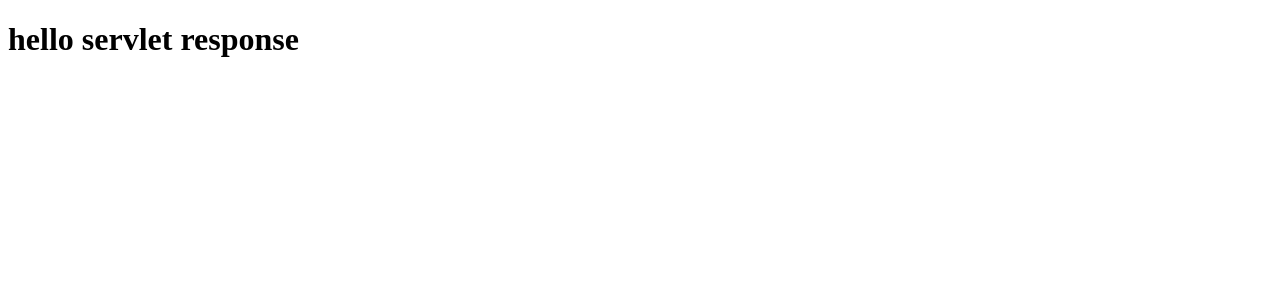
Repository: jisoo9603/servlet
Page: http://localhost/chap05-response-lecture-source/response
An editor plug-in stored every save of this project. The page is shown before and after the next save, followed by the edit.
The browser window is 1280 px wide. The pictures show the whole page.
The page is served by Tomcat 9.

Above is the page before, as saved 2023-03-21 01:52:44.

After the next save:
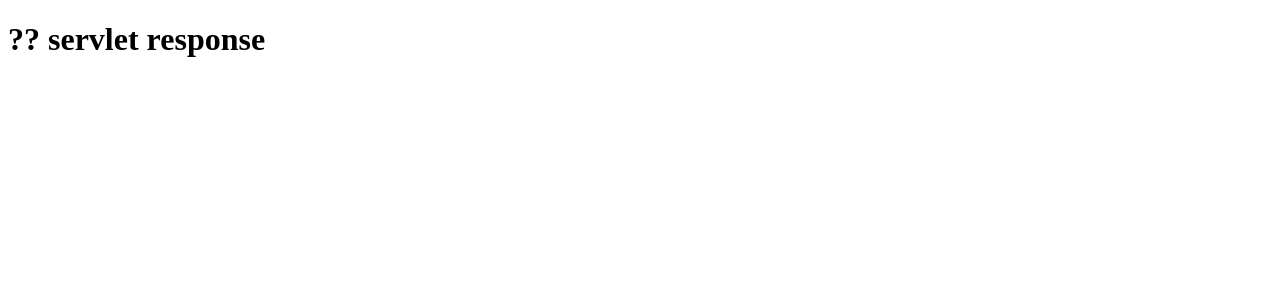
Saved 9 s later.
--- a/workspace/chap05-response-lecture-source/src/main/java/com/greedy/section01/response/ResponseTestServlet.java
+++ b/workspace/chap05-response-lecture-source/src/main/java/com/greedy/section01/response/ResponseTestServlet.java
@@ -32,7 +32,7 @@ public class ResponseTestServlet extends HttpServlet {
 						.append("<head>\n")
 						.append("<head>\n")
 						.append("<body>\n")
-						.append("<h1>hello servlet response</h1>\n")
+						.append("<h1>안녕 servlet response</h1>\n")
 						.append("<body>\n")
 						.append("</html>");
 
